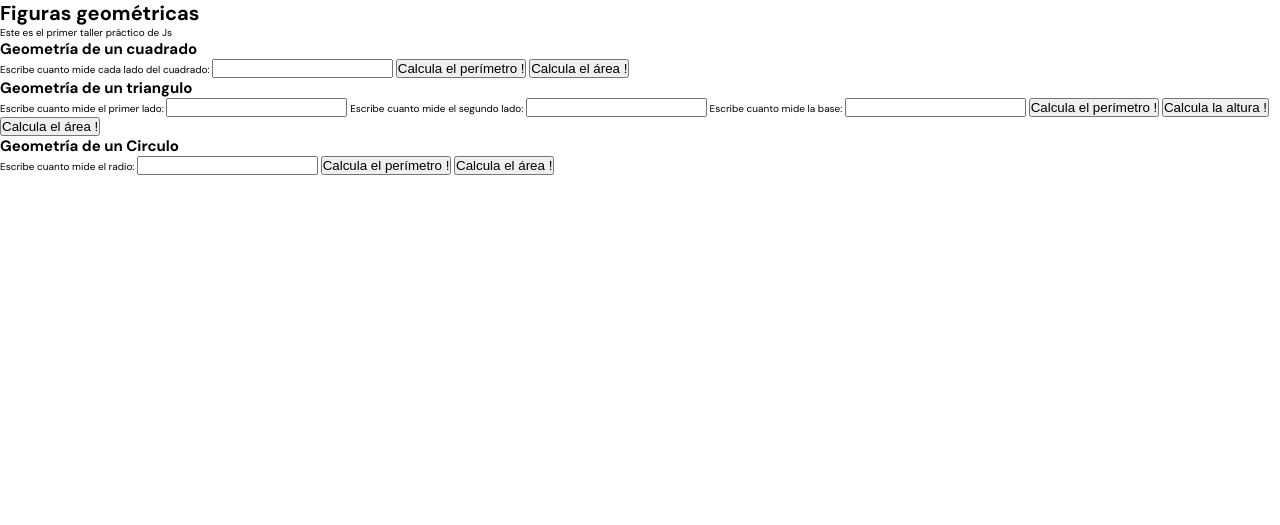
Repository: ChristianGecchelin/javascript-project
Page: javascript-project/figuras-geometricas/figuras.html
An editor plug-in stored every save of this project. The page is shown before and after the next save, followed by the edit.
The browser window is 1280 px wide. The pictures show the whole page.

Above is the page before, as saved 2021-12-01 21:10:50.

### javascript-project/figuras-geometricas/figuras.html
<!DOCTYPE html>
<html lang="en">
  <head>
    <meta charset="UTF-8" />
    <meta http-equiv="X-UA-Compatible" content="IE=edge" />
    <meta name="viewport" content="width=device-width, initial-scale=1.0" />
    <title>Figuras geométricas | Proyecto 1</title>
    <link rel="preconnect" href="https://fonts.googleapis.com" />
    <link rel="preconnect" href="https://fonts.gstatic.com" crossorigin />
    <link
      href="https://fonts.googleapis.com/css2?family=DM+Sans:wght@400;500;700&family=Inter:wght@300;500&display=swap"
      rel="stylesheet"
    />
    <link rel="stylesheet" href="./style.css" />
  </head>
  <body>
    <header>
      <h1>Figuras geométricas</h1>
      <p>Este es el primer taller práctico de Js</p>
    </header>
    <section>
      <h2>Geometría de un cuadrado</h2>
      <form action="">
        <label for="">Escribe cuanto mide cada lado del cuadrado:</label>
        <input type="number" id="inputCuadrado" />
        <button type="button" onclick="calcularPerimetroCuadrado()">
          Calcula el perímetro !
        </button>
        <button type="button" onclick="calcularAreaCuadrado()">
          Calcula el área !
        </button>
        <!-- type button, para quitarle el submit por defecto y que no me redireccione a ningun lado -->
      </form>
    </section>
    <section>
      <h2>Geometría de un triangulo</h2>
      <form action="">
        <label for="">Escribe cuanto mide el primer lado:</label>
        <input type="number" id="inputLado1" />
        <label for="">Escribe cuanto mide el segundo lado:</label>
        <input type="number" id="inputLado2" />
        <label for="">Escribe cuanto mide la base:</label>
        <input type="number" id="inputBase" />
        <button type="button" onclick="calcularPerimetroTriangulo()">
          Calcula el perímetro !
        </button>
        <button type="button" onclick="calcularAlturaTriangulo()">
          Calcula la altura !
        </button>
        <button type="button" onclick="calcularAreaTriangulo()">
          Calcula el área !
        </button>
        <!-- type button, para quitarle el submit por defecto y que no me redireccione a ningun lado -->
      </form>
    </section>
    <section>
      <h2>Geometría de un Circulo</h2>
      <form action="">
        <label for="">Escribe cuanto mide el radio:</label>
        <input type="number" id="inputRadio" />
        <button type="button" onclick="calcularPerimetroCirculo()">
          Calcula el perímetro !
        </button>
        <button type="button" onclick="calcularAreaCirculo()">
          Calcula el área !
        </button>
        <!-- type button, para quitarle el submit por defecto y que no me redireccione a ningun lado -->
      </form>
    </section>
    <script src="./figurasConFunciones.js"></script>
  </body>
</html>

### javascript-project/figuras-geometricas/style.css
* {
  box-sizing: border-box;
  margin: 0;
  padding: 0;
}
html {
  font-size: 62.5%;
  font-family: "DM Sans", sans-serif;
}
header {
  position: relative;
}

### javascript-project/figuras-geometricas/figurasConFunciones.js
/* Codigo del cuadrado */
console.group("Cuadrado");
function perimetroCuadrado(lado) {
  return lado * 4;
}
/* console.log(`Perimetro del cuadrado es: ${perimetroCuadrado} cm.`); */
function areaCuadrado(lado) {
  return (
    lado ** 2
  ); /* debe estar escrito de igual manera el parametro que el return */
}

/* console.log(`El area del cuadrado es: ${areaCuadrado} cm^2.`); */
console.groupEnd();

/* Codigo del triangulo */
console.group("Triangulo");

function perimetroTriangulo(lado1, lado2, base) {
  return lado1 + lado2 + base;
}
function calcularAltura(lado1, lado2, lado3) {
  let ladosIguales;
  let ladoBase;
  let altura;

  if (
    lado1 + lado2 <= lado3 ||
    lado1 + lado3 <= lado2 ||
    lado2 + lado3 <= lado1
  ) {
    alert(
      "En un triangulo la base no puede ser mayor a la suma de sus catetos"
    );
  } else {
    switch (true) {
      case lado1 === lado2:
        ladosIguales = lado1;
        ladoBase = lado3;
        break;
      case lado1 === lado3:
        ladosIguales = lado1;
        ladoBase = lado2;
        break;
      case lado3 === lado2:
        ladosIguales = lado2;
        ladoBase = lado1;
        break;
    }
    if (!ladosIguales) {
      alert("Tu triangulo no es isosceles, ingresa la altura");
    } else {
      altura = Math.sqrt(ladosIguales ** 2 - ladoBase ** 2 / 4);
    }
  }
  return ladosIguales, ladoBase, altura;
}
function areaTriangulo(ladoBase, altura) {
  return (
    (ladoBase * altura) / 2
  ); /* tengo que llamar a la funcion altura para pasarle el dato */
}
console.groupEnd();

//Codigo Circulo
console.group("Circulo");
function diametroCirculo(radio) {
  return radio * 2;
}
const pi = Math.PI;
function circunferencia(radio) {
  const diametro = diametroCirculo(radio);
  /* llamo a una funcion dentro de otra y creo una variable que tiene alcance local */
  return diametro * pi;
}
function superficieCirculo(radio) {
  return pi * radio ** 2;
}

console.groupEnd();
/* Creo una funcion, que a traves del id obtengo lo que el usuario ingreso en el input. y con eso le saco el value que le paso
a la funcion que cree antes y es la encargada de hacer el calculo para luego mostrarse en un aler */
function calcularPerimetroCuadrado() {
  const input = document.getElementById("inputCuadrado");
  const value = input.value;
  const perimetro = perimetroCuadrado(value);
  alert(perimetro);
}
function calcularAreaCuadrado() {
  const input = document.getElementById("inputCuadrado");
  const value = input.value;
  const area = areaCuadrado(value);
  alert(area);
}

function calcularPerimetroTriangulo() {
  const inputLado1 = document.getElementById("inputLado1");
  const valueLado1 = Number(inputLado1.value);
  const inputLado2 = document.getElementById("inputLado2");
  const valueLado2 = Number(inputLado2.value);
  const inputBase = document.getElementById("inputBase");
  const valueBase = Number(inputBase.value);
  /* Es importante ponerle number porque por mas que el input tenga type number, este lo transforma como un string */
  const perimetro = perimetroTriangulo(valueLado1, valueLado2, valueBase);
  alert(perimetro);
}

function calcularAlturaTriangulo() {
  const inputLado1 = document.getElementById("inputLado1");
  const valueLado1 = Number(inputLado1.value);
  const inputLado2 = document.getElementById("inputLado2");
  const valueLado2 = Number(inputLado2.value);
  const inputBase = document.getElementById("inputBase");
  const valueBase = Number(inputBase.value);
  const alturaTriangulo = calcularAltura(valueLado1, valueLado2, valueBase);
  alert(alturaTriangulo);
}

function calcularAreaTriangulo() {
  /* const inputAltura = document.getElementById("inputAltura");
  const valueAltura = Number(inputAltura.value);
  const inputBase = document.getElementById("inputBase");
  const valueBase = inputBase.value;
  const area = areaTriangulo(valueAltura, valueBase);
  alert(area); */
  const inputLado1 = document.getElementById("inputLado1");
  const valueLado1 = Number(inputLado1.value);
  const inputLado2 = document.getElementById("inputLado2");
  const valueLado2 = Number(inputLado2.value);
  const inputBase = document.getElementById("inputBase");
  const valueBase = Number(inputBase.value);
  const altura = calcularAltura(valueLado1, valueLado2, valueBase);
  const area = areaTriangulo(valueBase, altura);
  alert(area);
}

function calcularPerimetroCirculo() {
  const inputRadio = document.getElementById("inputRadio");
  const valueRadio = inputRadio.value;
  const perimetro = circunferencia(valueRadio);
  alert(perimetro);
}
function calcularAreaCirculo() {
  const inputRadio = document.getElementById("inputRadio");
  const valueRadio = inputRadio.value;
  const superficie = superficieCirculo(valueRadio);
  alert(superficie);
}

After the next save:
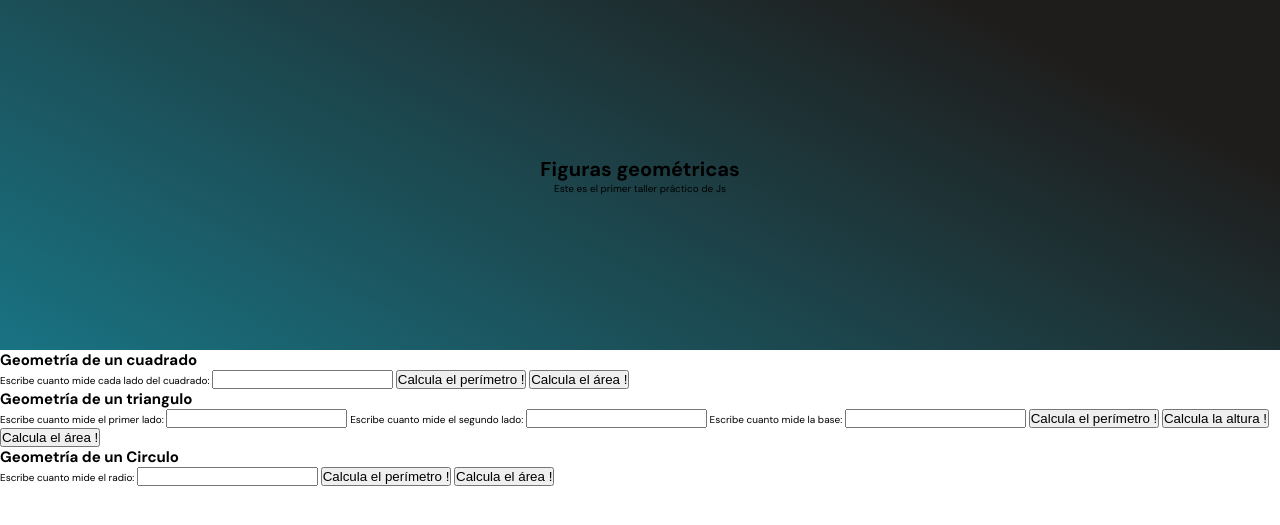
Saved 3 min 4 s later.
--- a/javascript-project/figuras-geometricas/style.css
+++ b/javascript-project/figuras-geometricas/style.css
@@ -9,4 +9,12 @@ html {
 }
 header {
   position: relative;
+  display: flex;
+  flex-direction: column;
+  justify-content: center;
+  width: 100%;
+  min-width: 320px;
+  height: 350px;
+  text-align: center;
+  background: linear-gradient(207.8deg, #1f1d1c 16.69%, #197383 100%);
 }
